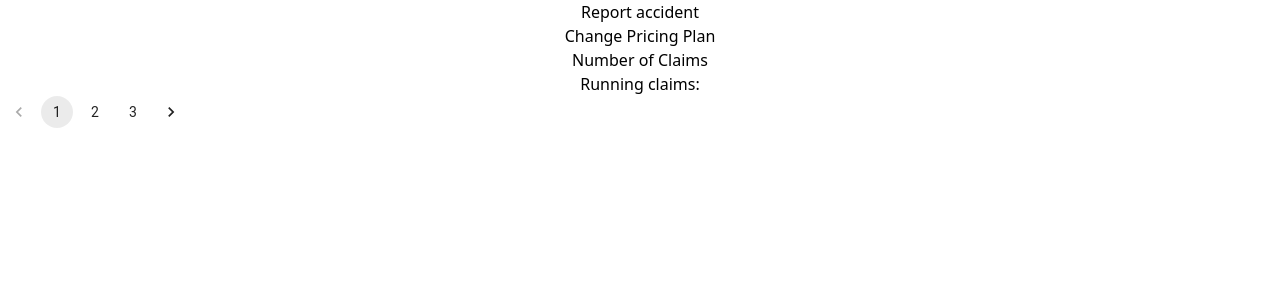
Repository: ALVIN-OBONYO/Xela-smart_insuarance
Page: /report (app in frontend/)
The author's editor kept a copy of each file at every save. The page is drawn from the files as they stood at one save, then again after the next save.
The browser window is 1280 px wide. The pictures show the whole page.
The project was rebuilt for these pictures with package versions that can differ from the ones it lists, and the page was loaded fresh each time. Also part of the build but not shown: frontend/src/Services/TruncateAddress.js, frontend/src/Services/Contract.js, frontend/src/Components/Cards.jsx, frontend/src/Pages/Entrypage.jsx, frontend/src/Services/LoginWithEth.js, frontend/src/Components/Navigate.js, frontend/src/Components/Sidebar.js, frontend/src/Pages/Policies.jsx and 7 more.

Above is the page before, as saved 2022-10-06 13:05:59.

After the next save:
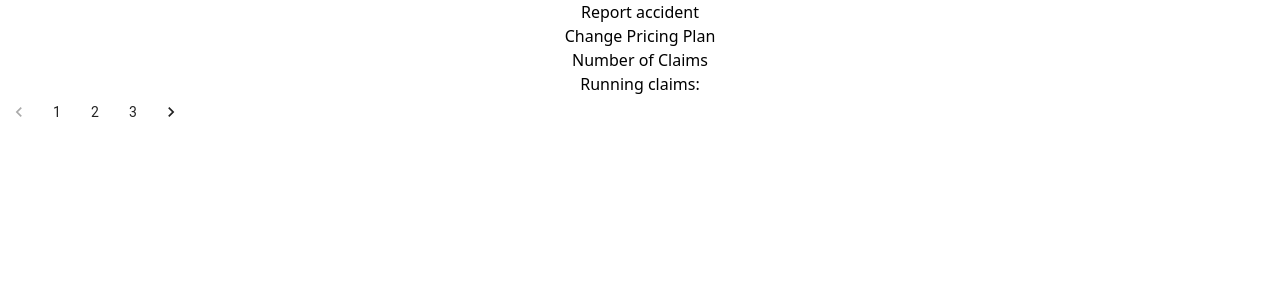
Saved 1 s later.
--- a/frontend/src/Components/FormPagination.jsx
+++ b/frontend/src/Components/FormPagination.jsx
@@ -5,12 +5,12 @@ import { useMemo} from 'react'
 const FormPagination = () => {
     const location = useLocation()
     const query = useMemo(() => new URLSearchParams(location.search), [location.search])
-    const page = parseInt(query.get('page') || '1')
+   //  const page = parseInt(query.get('page') || '1')
     return (
        <Stack spacing={2}>
         <Pagination
            xs={{backgroundColor: "#fff"}}
-           page={page}
+           page={query}
            count={3}
            renderItem={(item) => (
             <PaginationItem
